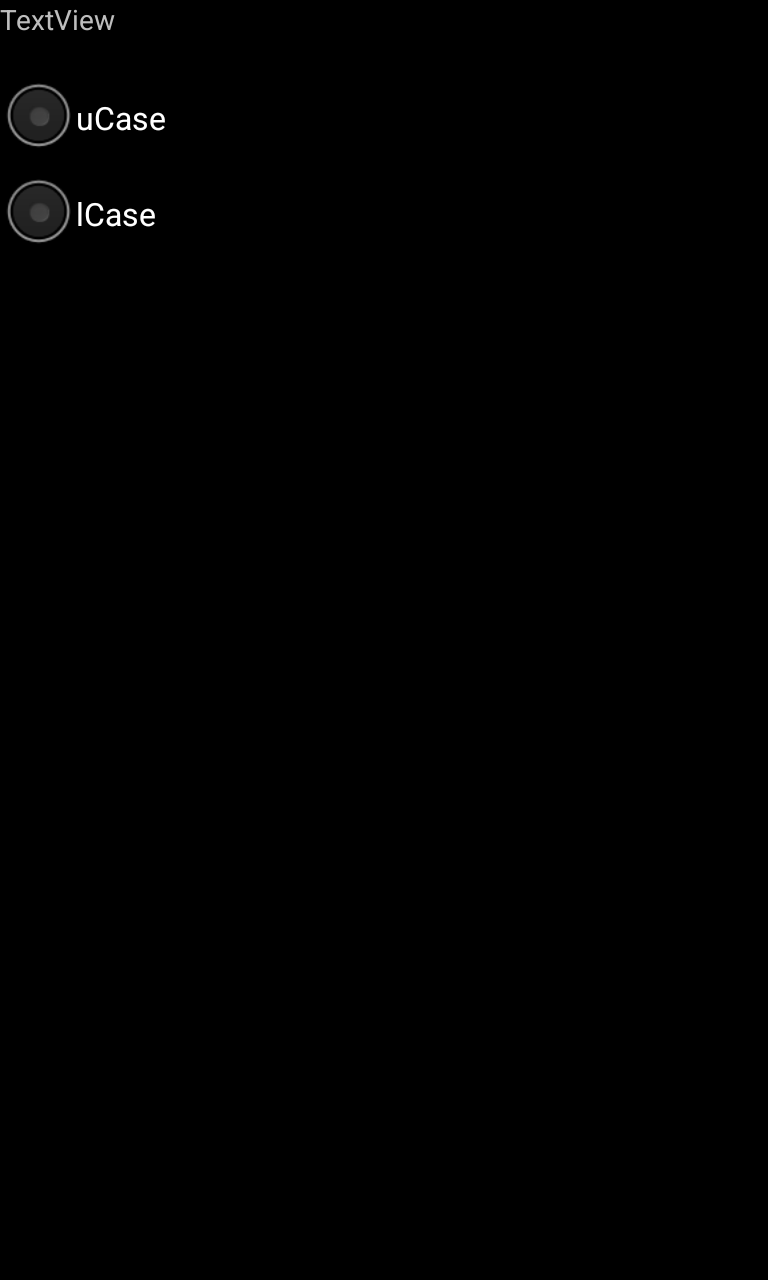
Repository: 12030121047/eventhandling
Layout: Event/res/layout/activity_event.xml
The author's editor kept a copy of each file at every save. The layout is drawn from the files as they stood at one save, then again after a run of saves.
It is drawn on a 768 x 1280 px phone screen (xhdpi) without system bars, with theme android:Theme; the app's code is not run.

Above is the layout before, as saved 2014-12-23 04:00:50.

After the next 2 saves:
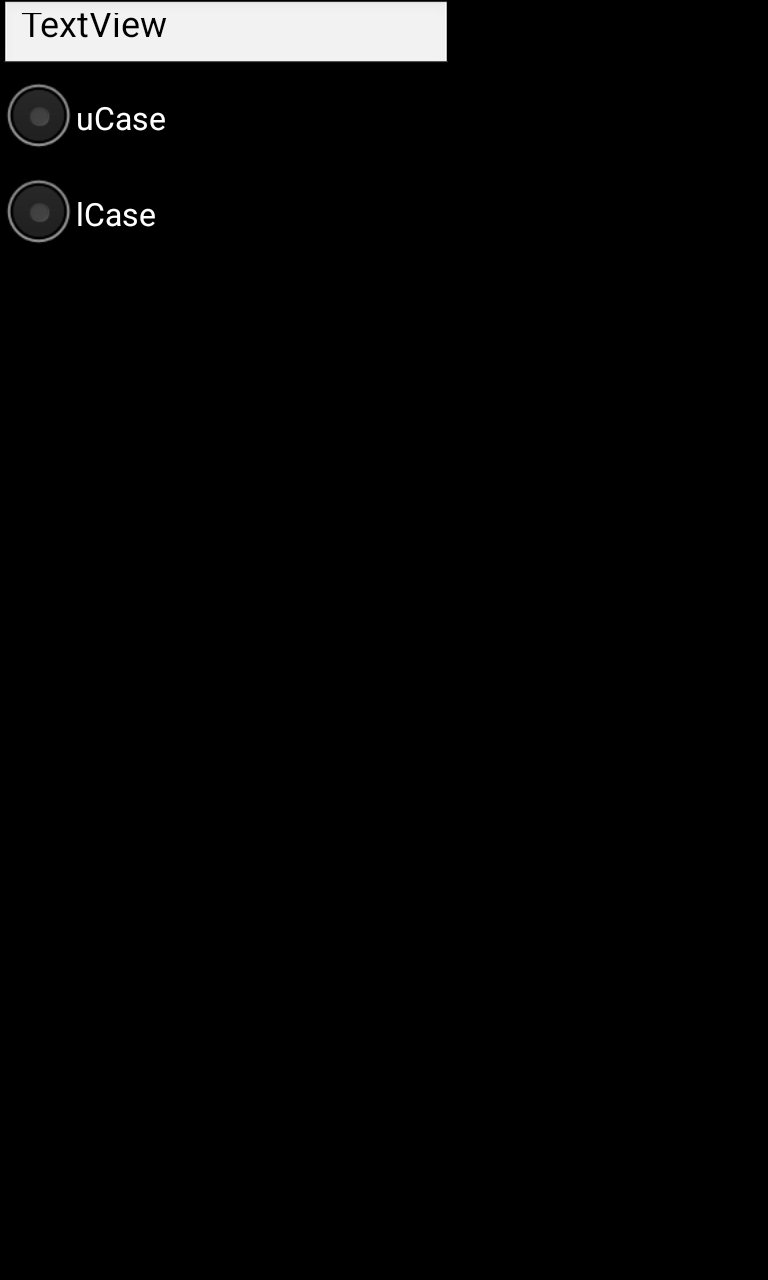
The 2 saves are shown as one change because they came seconds apart.
The last was saved 75 s later.
--- a/Event/res/layout/activity_event.xml
+++ b/Event/res/layout/activity_event.xml
@@ -5,7 +5,7 @@
     android:orientation="vertical"
     tools:context=".EventActivity" >
 
-    <TextView
+    <EditText
         android:id="@+id/editString"
         android:layout_width="226dp"
         android:layout_height="35dp"
